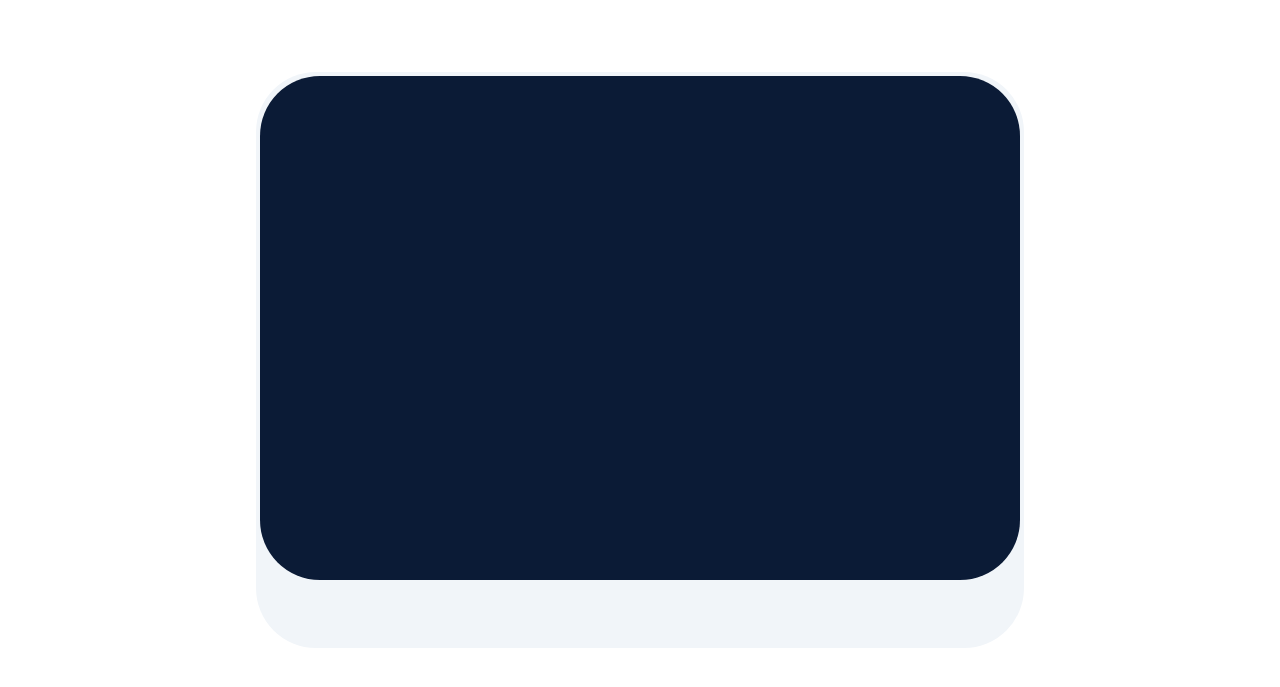
Repository: yezhonghu0503/chatgpt-vue-lac
Page: /
These files come from the project's save history. The page is drawn as it stood at one moment and after the next save; the edit follows.
The browser window is 1280 px wide. The pictures show the whole page.
The project was rebuilt for these pictures with package versions that can differ from the ones it lists, and the page was loaded fresh each time. Also part of the build but not shown: vite.config.ts.

Above is the page before, as saved 2023-05-17 18:48:03.

### src/style.css
@tailwind base;
@tailwind components;
@tailwind utilities;

:root {
  font-family: Inter, system-ui, Avenir, Helvetica, Arial, sans-serif;
  line-height: 1.5;
  font-weight: 400;

  color-scheme: light dark;
  color: rgba(255, 255, 255, 0.87);
  background-color: #242424;

  font-synthesis: none;
  text-rendering: optimizeLegibility;
  -webkit-font-smoothing: antialiased;
  -moz-osx-font-smoothing: grayscale;
  -webkit-text-size-adjust: 100%;
}

a {
  font-weight: 500;
  color: #646cff;
  text-decoration: inherit;
}

a:hover {
  color: #535bf2;
}

body {
  margin: 0;
  display: flex;
  place-items: center;
  min-width: 320px;
  min-height: 100vh;
}

h1 {
  font-size: 3.2em;
  line-height: 1.1;
}

button {
  border-radius: 8px;
  border: 1px solid transparent;
  padding: 0.6em 1.2em;
  font-size: 1em;
  font-weight: 500;
  font-family: inherit;
  background-color: #1a1a1a;
  cursor: pointer;
  transition: border-color 0.25s;
}

button:hover {
  border-color: #646cff;
}

button:focus,
button:focus-visible {
  outline: 4px auto -webkit-focus-ring-color;
}

.card {
  padding: 2em;
}

#app {
  max-width: 1280px;
  margin: 0 auto;
  padding: 2rem;
  text-align: center;
}

@media (prefers-color-scheme: light) {
  :root {
    color: #213547;
    background-color: #ffffff;
  }

  a:hover {
    color: #747bff;
  }

  button {
    background-color: #f9f9f9;
  }
}

### src/App.vue
<script setup lang="ts">
import chat from './pages/chat.vue';
</script>

<template>
  <chat />
</template>

<style scoped></style>

### src/pages/chat.vue
<template>
    <div class="w-[60vw] h-[80vh] bg-slate-100 rounded-[60px] flex justify-center p-1">
        <div class="w-[60vw] h-[70vh] bg-rg-chat rounded-[60px]"></div>
    </div>
</template>
<script lang="ts" setup>

</script>
<style lang="less" scoped></style>

### tailwind.config.js
/** @type {import('tailwindcss').Config} */
export default {
  content: [
    "./index.html",
    "./src/**/*.{vue,js,ts,jsx,tsx}",
  ],
  theme: {
    extend: {
      colors: {
        'rg-chat': 'rgb(11,27,54)',
      }
    }
  },
  plugins: [],
}

Loaded but not shown: index.html (common file); src/main.ts (common file)

After the next save:
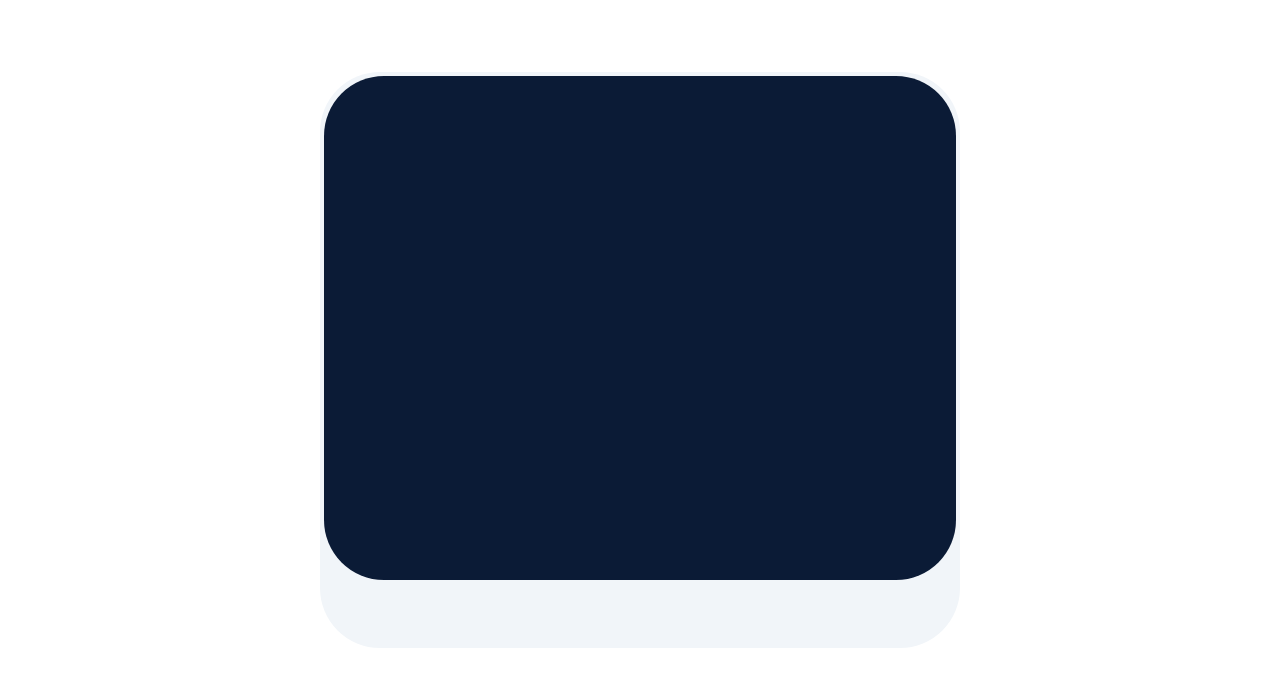
Saved 11 s later.
--- a/src/pages/chat.vue
+++ b/src/pages/chat.vue
@@ -1,6 +1,6 @@
 <template>
-    <div class="w-[60vw] h-[80vh] bg-slate-100 rounded-[60px] flex justify-center p-1">
-        <div class="w-[60vw] h-[70vh] bg-rg-chat rounded-[60px]"></div>
+    <div class="w-[50vw] h-[80vh] bg-slate-100 rounded-[60px] flex justify-center p-1">
+        <div class="w-[50vw] h-[70vh] bg-rg-chat rounded-[60px]"></div>
     </div>
 </template>
 <script lang="ts" setup>
